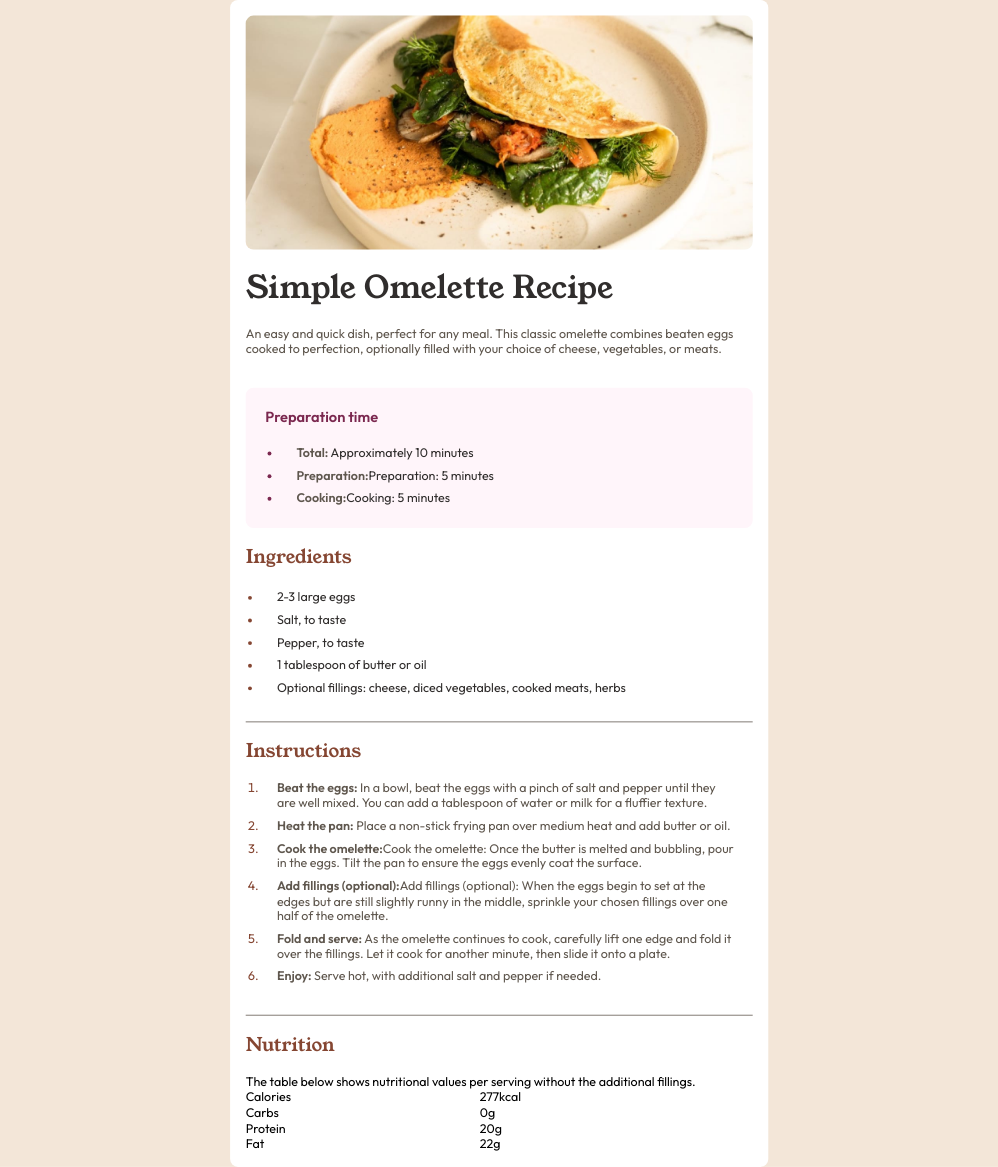
Repository: reemoon-ctrl/mine-recipe-page-main
Page: index1.html
An editor plug-in stored every save of this project. The page is shown before and after a run of saves, followed by the edit.
The browser window is 1280 px wide. The pictures show the whole page, at 78% of full size.

Above is the page before, as saved 2024-08-11 17:01:35.

After the next 2 saves:
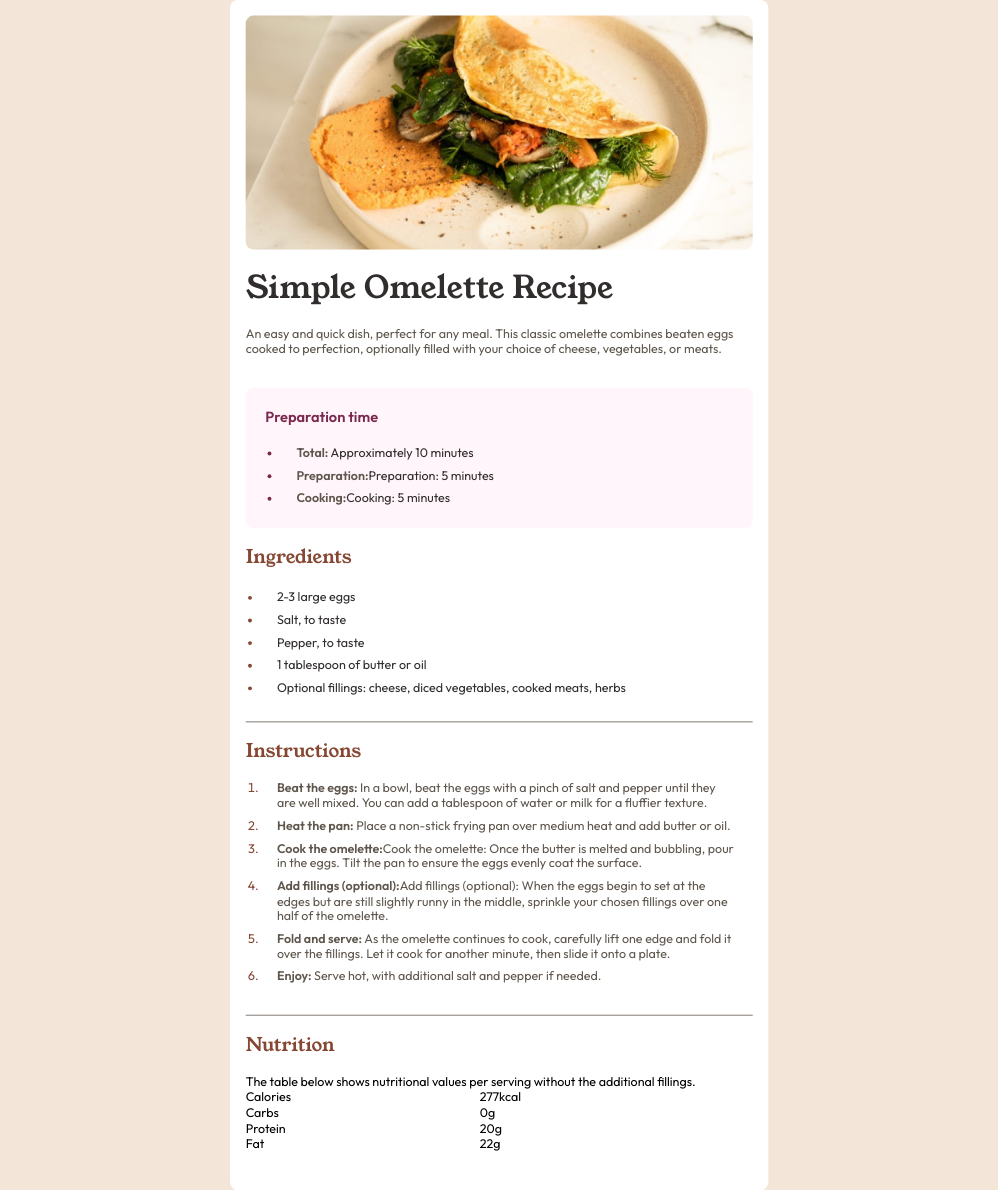
The 2 saves are shown as one change because they came seconds apart.
The last was saved 31 s later.
--- a/style.css
+++ b/style.css
@@ -109,6 +109,6 @@ ul li::marker,ol li::marker{
     display: grid;
     grid-template-columns: 300px 300px;
 }
-{
+.nutrition{
     padding-bottom: 30px;
 }
